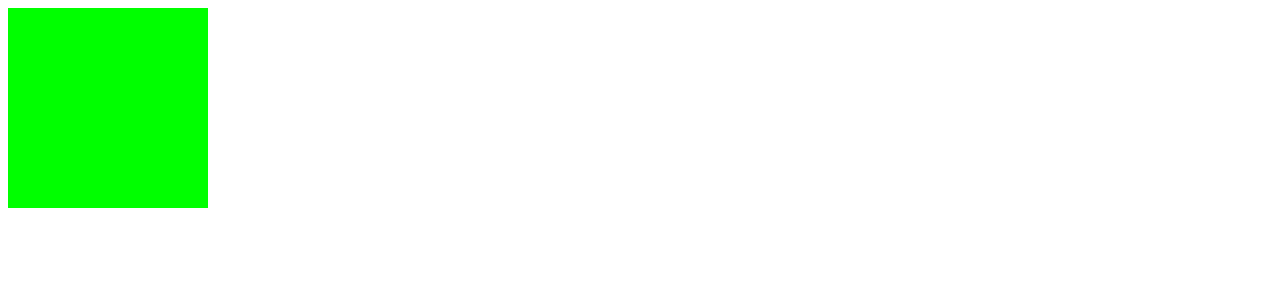
Repository: LstHeart/html-learning
Page: css3/CSS3颜色.html
An editor plug-in stored every save of this project. The page is shown before and after the next save, followed by the edit.
The browser window is 1280 px wide. The pictures show the whole page.

Above is the page before, as saved 2021-01-12 16:12:22.

After the next save:
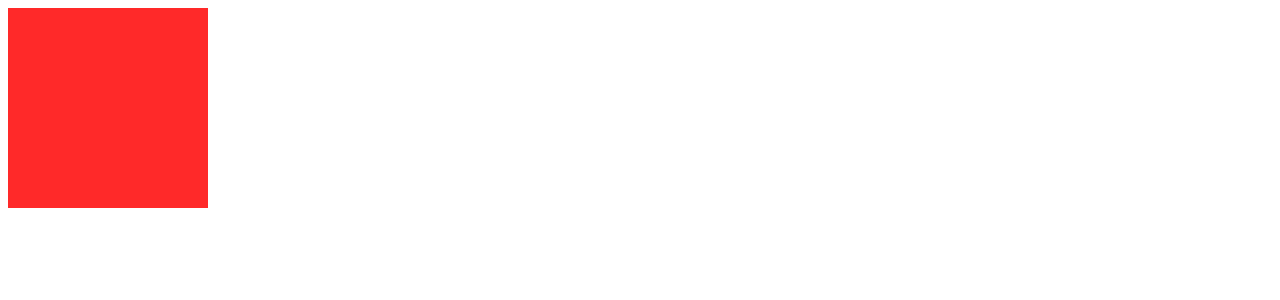
Saved 10 s later.
--- a/css3/CSS3颜色.html
+++ b/css3/CSS3颜色.html
@@ -20,7 +20,7 @@
         background-color: rgba(255, 0, 0, 0.6);
       }
       .div1 {
-        background-color: rgb(0, 255, 0);
+        /* background-color: rgb(0, 255, 0); */
       }
       .div2 {
         /* background-color: rgb(255, 0, 0); */

After the save that followed:
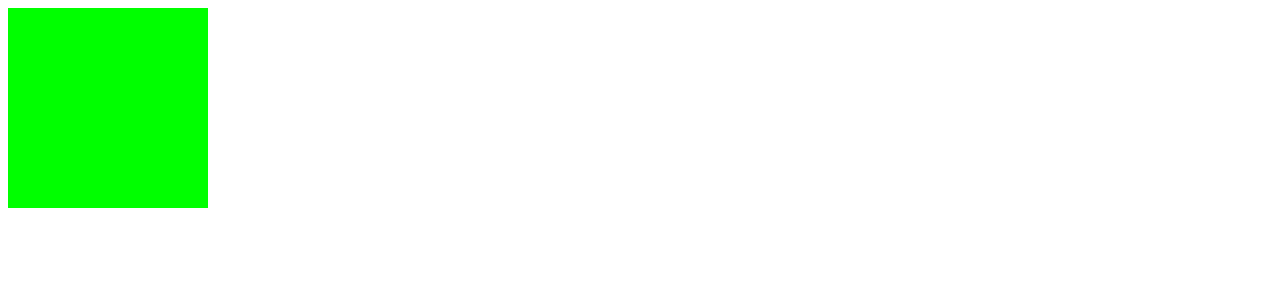
Saved 7 s later.
--- a/css3/CSS3颜色.html
+++ b/css3/CSS3颜色.html
@@ -17,10 +17,10 @@
         top: 0;
         margin:0;
         /* background-color: rgb(255, 0, 0); */
-        background-color: rgba(255, 0, 0, 0.6);
+        /* background-color: rgba(255, 0, 0, 0.6); */
       }
       .div1 {
-        /* background-color: rgb(0, 255, 0); */
+        background-color: rgb(0, 255, 0);
       }
       .div2 {
         /* background-color: rgb(255, 0, 0); */
